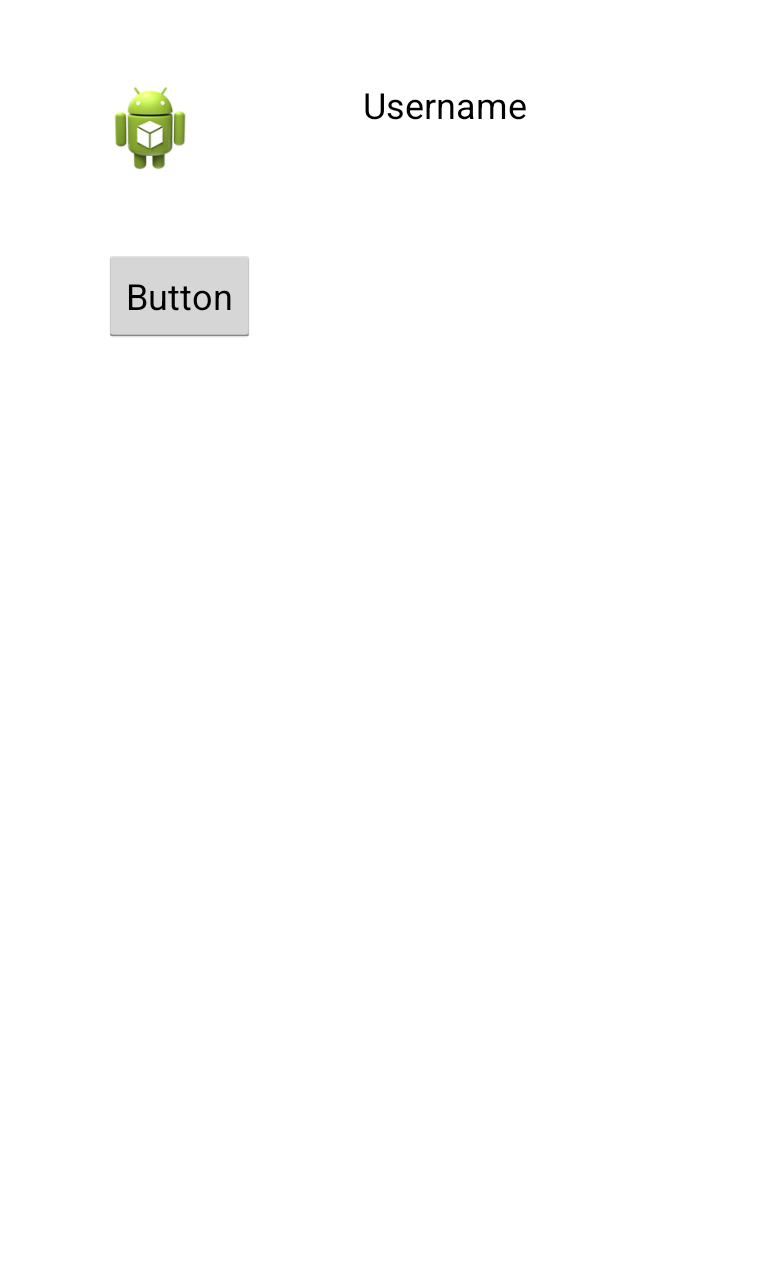
Repository: priyankaaj/practiced-apps
Layout: Facebook2/res/layout/activity_home_page.xml
These files come from the project's save history. The layout is drawn as it stood at one moment and after the next save; the edit follows.
It is drawn on a 768 x 1280 px phone screen (xhdpi) without system bars, with theme AppTheme; the app's code is not run.

Above is the layout before, as saved 2015-10-01 09:05:24.

After the next save:
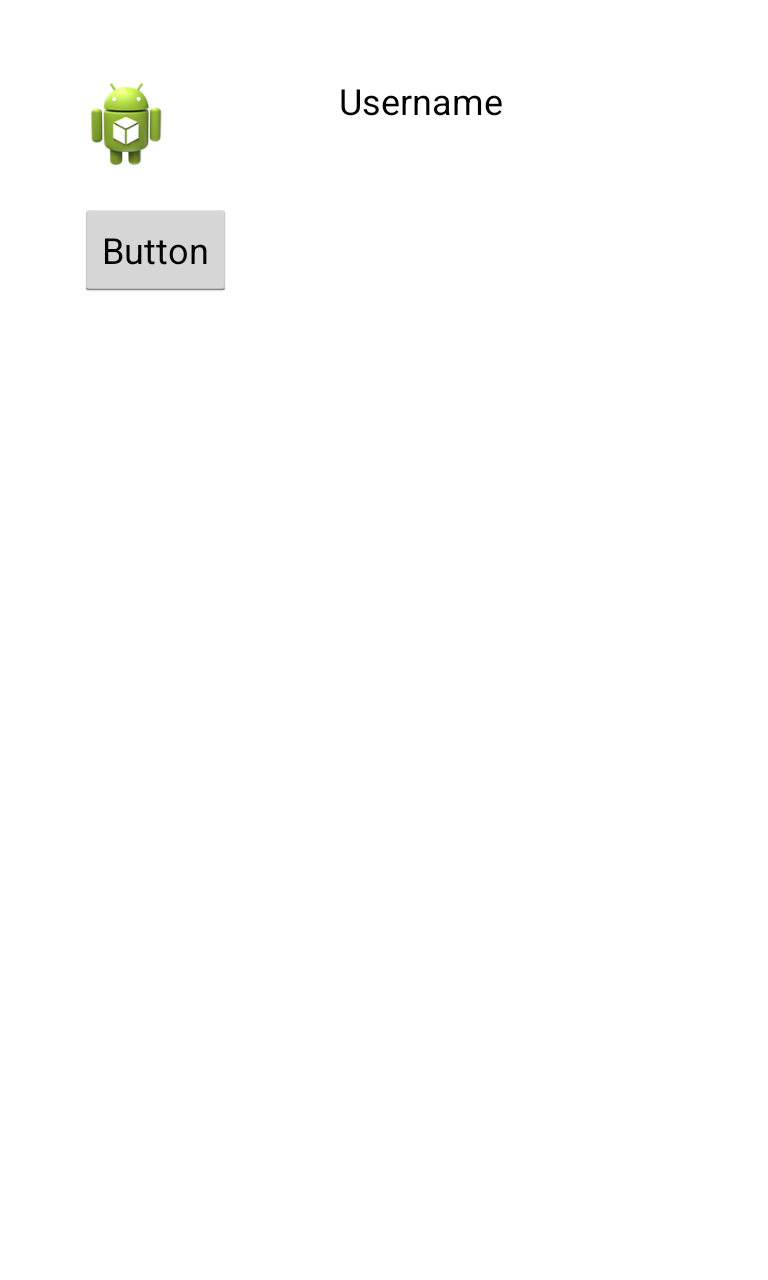
Saved 12 s later.
--- a/Facebook2/res/layout/activity_home_page.xml
+++ b/Facebook2/res/layout/activity_home_page.xml
@@ -7,15 +7,6 @@
     android:paddingRight="@dimen/activity_horizontal_margin"
     android:paddingTop="@dimen/activity_vertical_margin"
     tools:context=".HomePage" >
-
-    <ImageView
-        android:id="@+id/imageView1"
-        android:layout_width="wrap_content"
-        android:layout_height="wrap_content"
-        android:layout_alignLeft="@+id/button1"
-        android:layout_alignParentTop="true"
-        android:layout_marginTop="24dp"
-        android:src="@drawable/ic_launcher" />
 
     <TextView
         android:id="@+id/textViewdisplayname"
@@ -27,14 +18,23 @@
         android:text="Username"
         android:textAppearance="?android:attr/textAppearanceMedium" />
 
+    <ImageView
+        android:id="@+id/imageView1"
+        android:layout_width="wrap_content"
+        android:layout_height="wrap_content"
+        android:layout_alignParentLeft="true"
+        android:layout_alignParentTop="true"
+        android:layout_marginLeft="23dp"
+        android:layout_marginTop="22dp"
+        android:src="@drawable/ic_launcher" />
+
     <Button
         android:id="@+id/button1"
         android:layout_width="wrap_content"
         android:layout_height="wrap_content"
-        android:layout_alignParentLeft="true"
+        android:layout_alignLeft="@+id/imageView1"
         android:layout_below="@+id/imageView1"
-        android:layout_marginLeft="35dp"
-        android:layout_marginTop="36dp"
+        android:layout_marginTop="15dp"
         android:text="Button" />
 
 </RelativeLayout>
